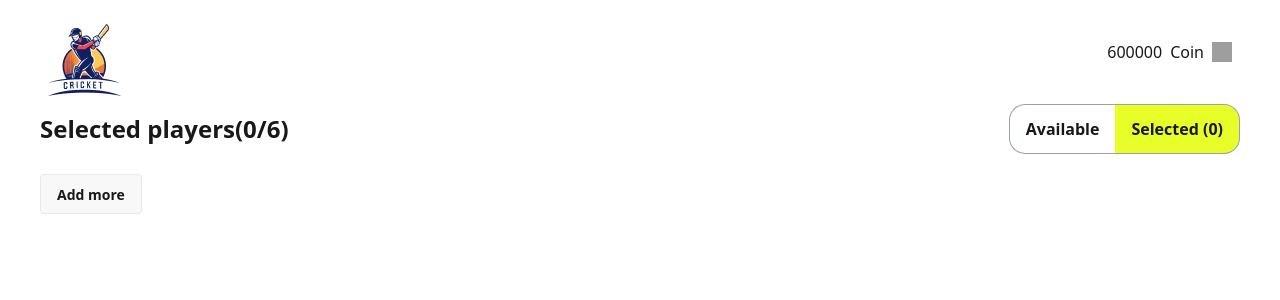
Repository: SanjidaSnigdha/Select-your-eleven
Page: /, after clicking the first element matching `button.rounded-r-2xl`
These files come from the project's save history. The page is drawn as it stood at one moment and after the next save; the edit follows.
The browser window is 1280 px wide. The pictures show the whole page.
Pictures or frames that could not be fetched are drawn as grey boxes. The project was rebuilt for these pictures with package versions that can differ from the ones it lists, and the page was loaded fresh each time. Also part of the build but not shown: vite.config.js, src/App.css, src/components/SelectedCard/SelectedCard.jsx.

Above is the page before, as saved 2026-03-21 22:03:39.

After the next save:
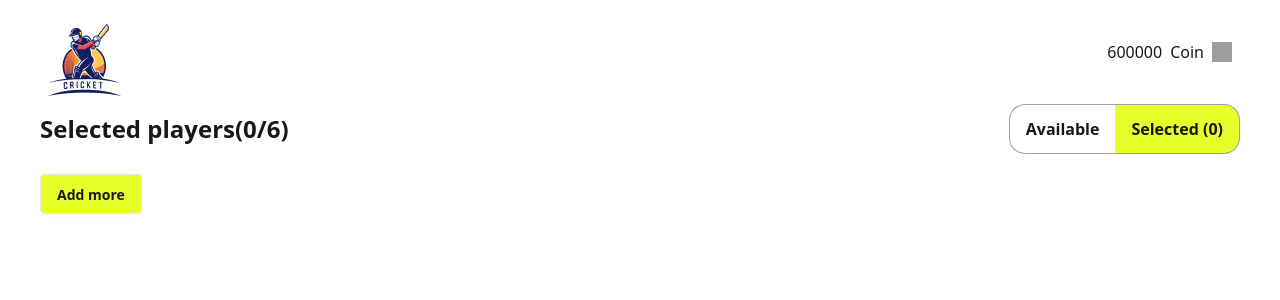
Saved 52 s later.
--- a/src/components/SelectedPlayers/SelectedPlayers.jsx
+++ b/src/components/SelectedPlayers/SelectedPlayers.jsx
@@ -8,7 +8,7 @@ const SelectedPlayers = ({purchasedPlayers,removePlayer}) => {
             {
                 purchasedPlayers.map(player=><SelectedCard removePlayer={removePlayer} player={player}></SelectedCard>)
             }
-            <button className='btn mt-5 bg-[#EF7E6]'>Add more</button>
+            <button className='btn mt-5 bg-[#E7FE29]'>Add more</button>
 
         </div>
 
